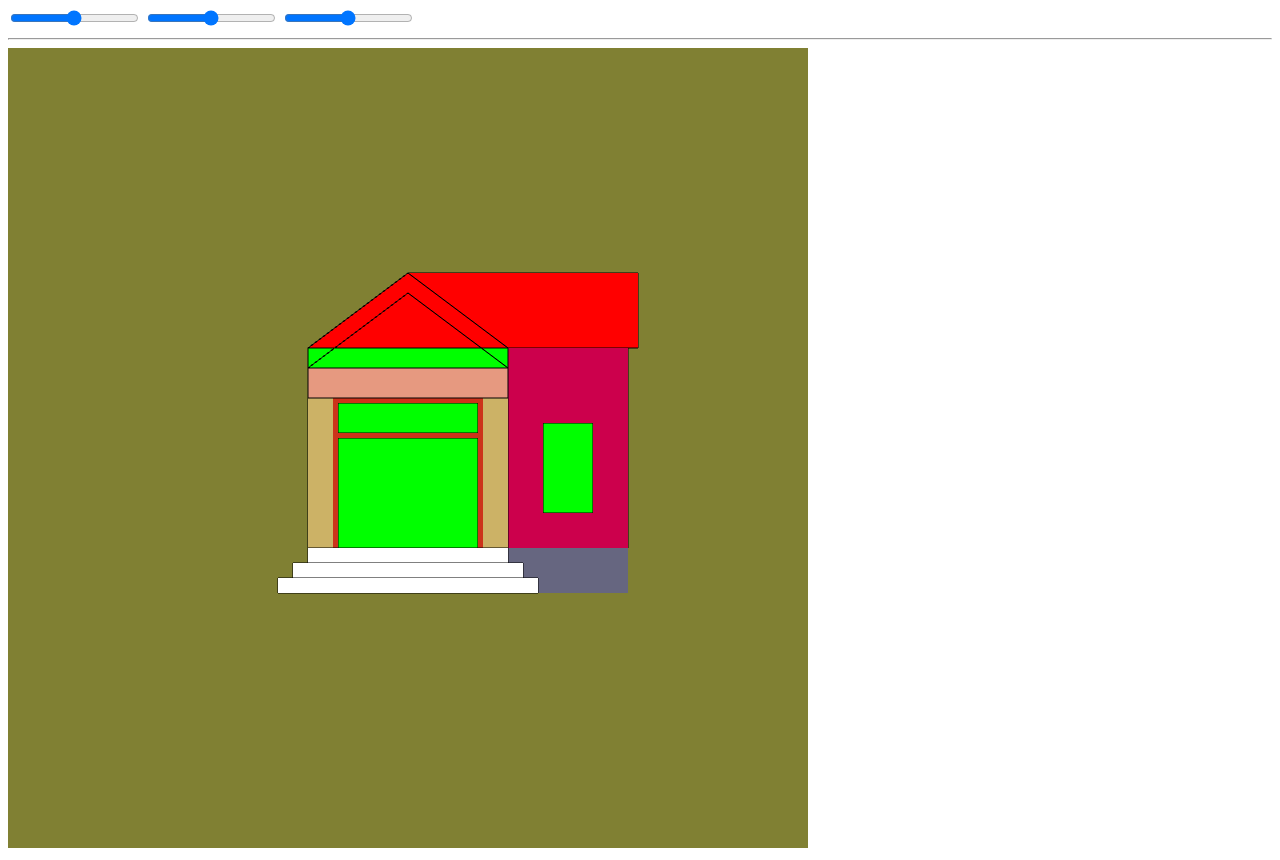
Repository: JoinGame-A36664/Build-House-WebGL
Page: index.html
These files come from the project's save history. The page is drawn as it stood at one moment and after the next save; the edit follows.
The browser window is 1280 px wide. The pictures show the whole page.

Above is the page before, as saved 2021-10-25 10:23:20.
Console error: ReferenceError: program is not defined

After the next save:
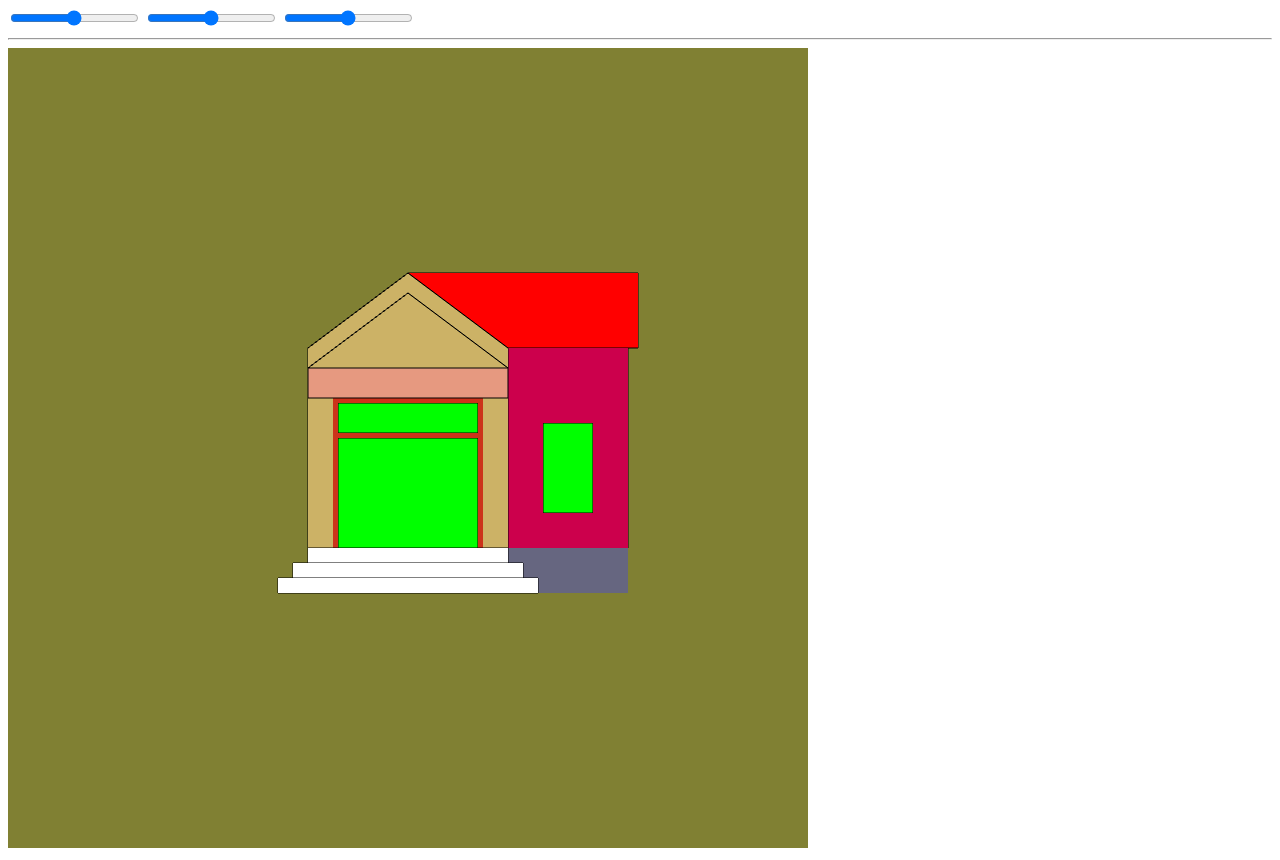
Saved 4 s later.
--- a/Bietthu1.js
+++ b/Bietthu1.js
@@ -193,8 +193,8 @@ function buildHouse(program, vertices, vertexColors) // Truyền vào những g
           if (temp == 0) {
                     wall(program, vertices[0], vertices[1], vertices[2], vertices[3], vertexColors[9]);
                     wall(program, vertices[4], vertices[5], vertices[6], vertices[7], vertexColors[9]);
-                    // wall(program, vertices[3], vertices[6], vertices[9], vertices[8], vertexColors[9]);
-                    // wall(program, vertices[8], vertices[9], vertices[10], vertices[8], vertexColors[9]);
+                    wall(program, vertices[3], vertices[6], vertices[9], vertices[8], vertexColors[9]);
+                    wall(program, vertices[8], vertices[9], vertices[10], vertices[8], vertexColors[9]);
                     ///
                     // wall(program, vertices[8], vertices[10], vertices[11], vertices[12], vertexColors[1]);
                     // wall(program, vertices[10], vertices[9], vertices[13], vertices[11], vertexColors[1]);
